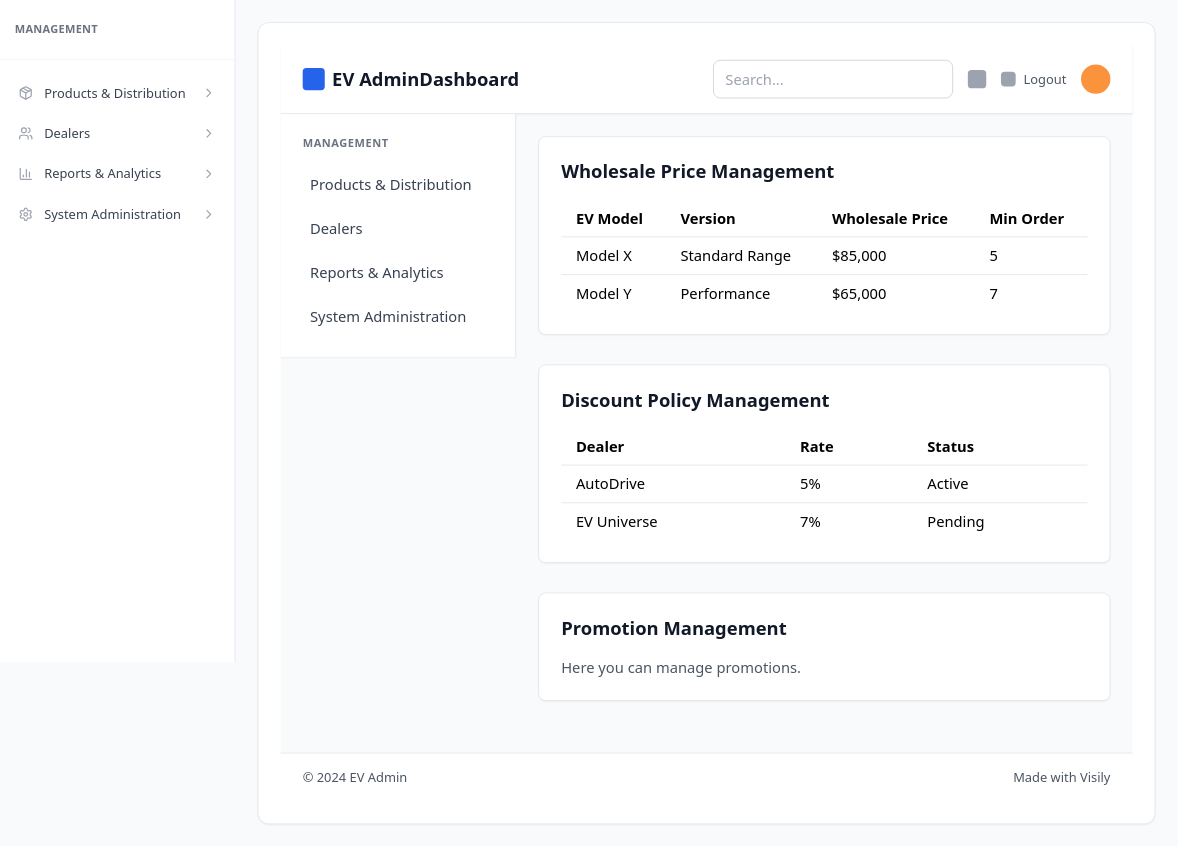
Repository: LeHuyVuu/ev-management-frontend
Page: /evm
An editor plug-in stored every save of this project. The page is shown before and after the next save, followed by the edit.
The browser window is 1280 px wide. The pictures show the whole page, at 92% of full size.
Pictures or frames that could not be fetched are drawn as grey boxes. Some web libraries are served in a nearby version. The project was rebuilt for these pictures with package versions that can differ from the ones it lists, and the page was loaded fresh each time. Also part of the build but not shown: vite.config.js, src/app/layouts/Header/DealerHeader.jsx, src/app/layouts/Footer/DealerFooter.jsx, src/app/layouts/Sidebar/DealerSidebar.jsx, src/app/layouts/DealerLayout.jsx, src/app/pages/Dealer/Manager Dealer/components/DashboardStats.jsx, src/app/pages/Dealer/Manager Dealer/components/MonthlyRevenueChart.jsx, src/app/pages/Dealer/Manager Dealer/components/EmployeeSalesTable.jsx and 18 more.

Above is the page before, as saved 2025-09-12 20:49:10.

### index.html
<!doctype html>
<html lang="en">
  <head>
    <meta charset="UTF-8" />
    <link rel="icon" type="image/svg+xml" href="/vite.svg" />
    <meta name="viewport" content="width=device-width, initial-scale=1.0" />
    <title>EVM Management</title>

  </head>
  <body>
    <div id="root"></div>
    <!-- <script
    chatbot_id="67f338a43d319e46ed036565"
    data-type="default"
    src="https://app.thinkstack.ai/bot/thinkstackai-loader.min.js"
></script> -->
<!-- <script
    chatbot_id="67f338a43d319e46ed036565"
    data-type="bar"
    src="https://app.thinkstack.ai/bot/thinkstackai-loader.min.js"
></script> -->
    <script type="module" src="/src/main.jsx"></script>
    <script src="https://kit.fontawesome.com/16c10ca00e.js" crossorigin="anonymous"></script>
  </body>
</html>

### src/main.jsx
import { createRoot } from "react-dom/client";
import "./index.css";
import MainRoutes from "./app/routes/MainRoutes.jsx";
import "primereact/resources/themes/lara-light-blue/theme.css"; // Chủ đề sáng
import "primereact/resources/primereact.min.css"; /* Core CSS */
import "primeicons/primeicons.css"; /* Bộ Icon */
import { GoogleOAuthProvider } from "@react-oauth/google"; // Đảm bảo import GoogleOAuthProvider từ thư viện đúng

createRoot(document.getElementById("root")).render(
    <GoogleOAuthProvider clientId="257452836877-l7ghjn62nmjeclg33uj2q39g8fqr96v0.apps.googleusercontent.com">
      <MainRoutes />
    </GoogleOAuthProvider>
);

### src/index.css
@tailwind base;
@tailwind components;
@tailwind utilities;



body {
    overflow-x: hidden;
  }

### src/app/routes/MainRoutes.jsx
import { BrowserRouter, Routes, Route } from "react-router-dom";

// Layouts
import DealerLayout from "../layouts/DealerLayout";
import EVMLayout from "../layouts/EVMLayout";

// Dealer pages
import ManagerDashboard from "../pages/Dealer/Manager Dealer/ManagerDashboard";
import ContractManagement from "../pages/Dealer/Staff Dealer/Contact/ContractManagement";
import CustomerCRM from "../pages/Dealer/Staff Dealer/Customer CRM/CustomerCRM";
import DeliveryTracking from "../pages/Dealer/Staff Dealer/Delivery Tracking/DeliveryTracking";
import DriverSchedule from "../pages/Dealer/Staff Dealer/Driver Schedule/DriverSchedule";
import QuoteManagement from "../pages/Dealer/Staff Dealer/Quote Management/QuoteManagement";
import VehicleAllocation from "../pages/Dealer/Staff Dealer/Vehicle Allocation/VehicleAllocation";
import VehicleManagement from "../pages/Dealer/Staff Dealer/Vehicle Management/VehicleManagement";

// EVM pages
import ProductDistribution from "../pages/EVM/ProductDistribution/ProductDistribution";

// 🚫 Tạm thời vô hiệu hóa Auth để test
// import Authentication from "../pages/Authentication/Authentication";

const MainRoutes = () => {
  return (
    <BrowserRouter>
      <Routes>
        {/* 🚫 Tạm thời tắt login redirect & trang login */}
        {/*
        <Route path="/" element={<Navigate to="/login" replace />} />
        <Route path="/login" element={<Authentication />} />
        */}

        {/* Dealer group */}
        <Route path="/dealer" element={<DealerLayout />}>
          <Route path="contact" element={<ContractManagement />} />
          <Route path="customer-crm" element={<CustomerCRM />} />
          <Route path="delivery-tracking" element={<DeliveryTracking />} />
          <Route path="driver-schedule" element={<DriverSchedule />} />
          <Route path="quote-management" element={<QuoteManagement />} />
          <Route path="vehicle-allocation" element={<VehicleAllocation />} />
          <Route path="vehicle-management" element={<VehicleManagement />} />
        </Route>

        {/* EVM group */}
        <Route path="/evm" element={<EVMLayout />}>
          {/* 👇 Khi vào /evm hoặc /evm/product-distribution đều hiển thị ProductDistribution */}
          <Route index element={<ProductDistribution />} />
          <Route path="product-distribution" element={<ProductDistribution />} />
        </Route>

        {/* 404 fallback */}
        <Route path="*" element={<div className="p-6">Not Found</div>} />
        <Route path="/dealer/manager" element={<ManagerDashboard />} />
      </Routes>
    </BrowserRouter>
  );
};

export default MainRoutes;

### src/app/layouts/EVMLayout.jsx
import { Outlet } from "react-router-dom";
import Sidebar from "./Sidebar/EVMSidebar"; // 👈 import Sidebar bạn đã viết

const EVMLayout = () => {
  return (
    <div className="min-h-screen flex bg-gray-50">
      {/* Sidebar bên trái */}
      <Sidebar />

      {/* Nội dung chính */}
      <main className="flex-1 p-6">
        <div className="bg-white rounded-xl shadow-sm border border-gray-200 p-6">
          <Outlet />
        </div>
      </main>
    </div>
  );
};

export default EVMLayout;

### src/app/pages/EVM/ProductDistribution/ProductDistribution.jsx
import React from "react";
import Header from "./components/Header";
import Sidebar from "./components/Sidebar";
import WholesalePriceManagement from "./components/WholesalePriceManagement";
import DiscountPolicyManagement from "./components/DiscountPolicyManagement";
import PromotionManagement from "./components/PromotionManagement";
import Footer from "./components/Footer";

function ProductDistribution() {
  return (
    <div className="min-h-screen bg-gray-50">
      <Header />
      <div className="flex">
        <Sidebar />
        <main className="flex-1 p-6 space-y-8">
          <WholesalePriceManagement />
          <DiscountPolicyManagement />
          <PromotionManagement />
        </main>
      </div>
      <Footer />
    </div>
  );
}

export default ProductDistribution;

### src/app/layouts/Sidebar/EVMSidebar.jsx
import React, { useState } from 'react';
import {
  ChevronDown,
  ChevronRight,
  Package,
  Users,
  BarChart3,
  Settings,
  FileText,
  Percent,
  Gift,
  UserCheck,
  FileBarChart,
  Target,
  TrendingUp,
  Package2,
  Brain,
  UserCog,
  Shield
} from 'lucide-react';

const menuItems = [
  {
    id: 'products',
    label: 'Products & Distribution',
    icon: <Package className="w-4 h-4" />,
    children: [
      { label: 'Wholesale Price', icon: <FileText className="w-4 h-4" /> },
      { label: 'Discount Policy', icon: <Percent className="w-4 h-4" /> },
      { label: 'Promotion', icon: <Gift className="w-4 h-4" /> }
    ]
  },
  {
    id: 'dealers',
    label: 'Dealers',
    icon: <Users className="w-4 h-4" />,
    children: [
      { label: 'Dealer Accounts', icon: <UserCheck className="w-4 h-4" /> },
      { label: 'Contracts & Debts', icon: <FileBarChart className="w-4 h-4" /> },
      { label: 'Sales Targets', icon: <Target className="w-4 h-4" /> }
    ]
  },
  {
    id: 'reports',
    label: 'Reports & Analytics',
    icon: <BarChart3 className="w-4 h-4" />,
    children: [
      { label: 'Sales Report', icon: <TrendingUp className="w-4 h-4" /> },
      { label: 'Inventory & Speed', icon: <Package2 className="w-4 h-4" /> },
      { label: 'AI Forecast', icon: <Brain className="w-4 h-4" /> }
    ]
  },
  {
    id: 'system',
    label: 'System Administration',
    icon: <Settings className="w-4 h-4" />,
    children: [
      { label: 'User Management', icon: <UserCog className="w-4 h-4" /> },
      { label: 'Role & Access', icon: <Shield className="w-4 h-4" /> }
    ]
  }
];

const Sidebar = () => {
  const [expandedItems, setExpandedItems] = useState(new Set());

  const toggleExpanded = (itemId) => {
    const newExpanded = new Set(expandedItems);
    if (newExpanded.has(itemId)) {
      newExpanded.delete(itemId);
    } else {
      newExpanded.add(itemId);
    }
    setExpandedItems(newExpanded);
  };

  return (
    <div className="w-64 h-screen bg-white border-r border-gray-200 flex flex-col">
      {/* Header */}
      <div className="px-4 py-6 border-b border-gray-100">
        <h2 className="text-xs font-semibold text-gray-500 tracking-wide uppercase">
          MANAGEMENT
        </h2>
      </div>

      {/* Menu Items */}
      <nav className="flex-1 px-2 py-4 space-y-1">
        {menuItems.map((item) => (
          <div key={item.id}>
            {/* Main Menu Item */}
            <button
              onClick={() => toggleExpanded(item.id)}
              className="w-full flex items-center justify-between px-3 py-2.5 text-left text-sm font-medium text-gray-700 hover:bg-gray-50 hover:text-gray-900 rounded-md transition-colors duration-150 ease-in-out group"
            >
              <div className="flex items-center space-x-3">
                <span className="text-gray-400 group-hover:text-gray-500">
                  {item.icon}
                </span>
                <span>{item.label}</span>
              </div>
              {item.children && (
                <span className="text-gray-400 group-hover:text-gray-500">
                  {expandedItems.has(item.id) ? (
                    <ChevronDown className="w-4 h-4" />
                  ) : (
                    <ChevronRight className="w-4 h-4" />
                  )}
                </span>
              )}
            </button>

            {/* Submenu Items */}
            {item.children && expandedItems.has(item.id) && (
              <div className="ml-4 mt-1 space-y-1">
                {item.children.map((child, index) => (
                  <button
                    key={index}
                    className="w-full flex items-center space-x-3 px-3 py-2 text-left text-sm text-gray-600 hover:bg-gray-50 hover:text-gray-900 rounded-md transition-colors duration-150 ease-in-out group"
                  >
                    <span className="text-gray-400 group-hover:text-gray-500">
                      {child.icon}
                    </span>
                    <span>{child.label}</span>
                  </button>
                ))}
              </div>
            )}
          </div>
        ))}
      </nav>
    </div>
  );
};

export default Sidebar;

### src/app/pages/EVM/ProductDistribution/components/Header.jsx
import React from "react";

const Header = () => {
  return (
    <header className="bg-white shadow-sm border-b border-gray-200 px-6 py-4">
      <div className="flex justify-between items-center">
        <div className="flex items-center space-x-2">
          <div className="w-6 h-6 bg-blue-600 rounded"></div>
          <h1 className="text-xl font-semibold text-gray-900">EV AdminDashboard</h1>
        </div>
        <div className="flex items-center space-x-4">
          <input
            type="text"
            placeholder="Search..."
            className="pl-3 pr-4 py-2 border border-gray-300 rounded-lg focus:ring-2 focus:ring-blue-500 focus:border-transparent"
          />
          <div className="w-5 h-5 bg-gray-400 rounded"></div>
          <div className="flex items-center space-x-2 cursor-pointer">
            <div className="w-4 h-4 bg-gray-400 rounded"></div>
            <span className="text-sm text-gray-600">Logout</span>
          </div>
          <div className="w-8 h-8 bg-orange-400 rounded-full"></div>
        </div>
      </div>
    </header>
  );
};

export default Header;

### src/app/pages/EVM/ProductDistribution/components/Sidebar.jsx
import React from "react";

const Sidebar = () => {
  return (
    <aside className="w-64 bg-white shadow-sm border-r border-gray-200 h-full">
      <div className="p-6">
        <h2 className="text-xs font-semibold text-gray-500 uppercase tracking-wider mb-4">
          MANAGEMENT
        </h2>
        <div className="space-y-2">
          <div className="p-2 text-gray-700 hover:bg-gray-100 rounded cursor-pointer">
            Products & Distribution
          </div>
          <div className="p-2 text-gray-700 hover:bg-gray-100 rounded cursor-pointer">
            Dealers
          </div>
          <div className="p-2 text-gray-700 hover:bg-gray-100 rounded cursor-pointer">
            Reports & Analytics
          </div>
          <div className="p-2 text-gray-700 hover:bg-gray-100 rounded cursor-pointer">
            System Administration
          </div>
        </div>
      </div>
    </aside>
  );
};

export default Sidebar;

### src/app/pages/EVM/ProductDistribution/components/WholesalePriceManagement.jsx
import React from "react";

const WholesalePriceManagement = () => {
  return (
    <div className="bg-white rounded-lg shadow-sm border border-gray-200 mb-8 p-6">
      <h2 className="text-xl font-semibold text-gray-900 mb-4">
        Wholesale Price Management
      </h2>
      <table className="min-w-full">
        <thead>
          <tr>
            <th className="px-4 py-2 text-left">EV Model</th>
            <th className="px-4 py-2 text-left">Version</th>
            <th className="px-4 py-2 text-left">Wholesale Price</th>
            <th className="px-4 py-2 text-left">Min Order</th>
          </tr>
        </thead>
        <tbody>
          <tr className="border-t">
            <td className="px-4 py-2">Model X</td>
            <td className="px-4 py-2">Standard Range</td>
            <td className="px-4 py-2">$85,000</td>
            <td className="px-4 py-2">5</td>
          </tr>
          <tr className="border-t">
            <td className="px-4 py-2">Model Y</td>
            <td className="px-4 py-2">Performance</td>
            <td className="px-4 py-2">$65,000</td>
            <td className="px-4 py-2">7</td>
          </tr>
        </tbody>
      </table>
    </div>
  );
};

export default WholesalePriceManagement;

### src/app/pages/EVM/ProductDistribution/components/DiscountPolicyManagement.jsx
import React from "react";

const DiscountPolicyManagement = () => {
  return (
    <div className="bg-white rounded-lg shadow-sm border border-gray-200 mb-8 p-6">
      <h2 className="text-xl font-semibold text-gray-900 mb-4">
        Discount Policy Management
      </h2>
      <table className="min-w-full">
        <thead>
          <tr>
            <th className="px-4 py-2 text-left">Dealer</th>
            <th className="px-4 py-2 text-left">Rate</th>
            <th className="px-4 py-2 text-left">Status</th>
          </tr>
        </thead>
        <tbody>
          <tr className="border-t">
            <td className="px-4 py-2">AutoDrive</td>
            <td className="px-4 py-2">5%</td>
            <td className="px-4 py-2">Active</td>
          </tr>
          <tr className="border-t">
            <td className="px-4 py-2">EV Universe</td>
            <td className="px-4 py-2">7%</td>
            <td className="px-4 py-2">Pending</td>
          </tr>
        </tbody>
      </table>
    </div>
  );
};

export default DiscountPolicyManagement;

### src/app/pages/EVM/ProductDistribution/components/PromotionManagement.jsx
import React from "react";

const PromotionManagement = () => {
  return (
    <div className="bg-white rounded-lg shadow-sm border border-gray-200 p-6">
      <h2 className="text-xl font-semibold text-gray-900 mb-4">
        Promotion Management
      </h2>
      <p className="text-gray-600">Here you can manage promotions.</p>
    </div>
  );
};

export default PromotionManagement;

### src/app/pages/EVM/ProductDistribution/components/Footer.jsx
import React from "react";

const Footer = () => {
  return (
    <footer className="bg-white border-t border-gray-200 py-4 px-6 mt-8 text-sm text-gray-600">
      <div className="flex justify-between">
        <span>© 2024 EV Admin</span>
        <span>Made with Visily</span>
      </div>
    </footer>
  );
};

export default Footer;

### tailwind.config.js
/** @type {import('tailwindcss').Config} */
export default {
  content: [
    "./index.html",
    "./src/**/*.{js,jsx}",
  ],
  theme: {
    extend: {
      fontSize: {
        10: "10px",
      },
    },
  },
  plugins: [],
};

### src/app/layouts/Header/EVMHeader.jsx
import React from 'react';
import { Search, Bell, LogOut } from 'lucide-react';

const Header = () => {
  return (
    <header className="bg-white border-b border-gray-200 px-6 py-4">
      <div className="flex items-center justify-between">
        {/* Logo */}
        <div className="flex items-center space-x-2">
          <div className="text-blue-600 text-2xl font-bold">✱</div>
          <span className="text-xl font-semibold text-gray-800">
            EVM<span className="text-blue-600">Admin</span>Dashboard
          </span>
        </div>

        {/* Right side actions */}
        <div className="flex items-center space-x-4">
          {/* Search */}
          <button className="p-2 text-gray-400 hover:text-gray-600 transition-colors">
            <Search className="w-5 h-5" />
          </button>

          {/* Notifications */}
          <button className="p-2 text-gray-400 hover:text-gray-600 transition-colors relative">
            <Bell className="w-5 h-5" />
            <span className="absolute -top-1 -right-1 w-3 h-3 bg-red-500 rounded-full"></span>
          </button>

          {/* Logout */}
          <button className="flex items-center space-x-2 px-3 py-2 text-gray-600 hover:text-gray-800 hover:bg-gray-50 rounded-md transition-colors">
            <LogOut className="w-4 h-4" />
            <span className="text-sm font-medium">Logout</span>
          </button>

          {/* User Avatar */}
          <div className="w-8 h-8 bg-orange-400 rounded-full flex items-center justify-center">
            <img
              src="https://images.pexels.com/photos/1239291/pexels-photo-1239291.jpeg?auto=compress&cs=tinysrgb&w=32&h=32&fit=crop&crop=face"
              alt="User Avatar"
              className="w-8 h-8 rounded-full object-cover"
            />
          </div>
        </div>
      </div>
    </header>
  );
};

export default Header;

### src/app/layouts/Footer/EVMFooter.jsx
import React from 'react';
import { Linkedin, Twitter, Youtube } from 'lucide-react';

const Footer = () => {
  return (
    <footer className="bg-white border-t border-gray-200 px-6 py-4">
      <div className="flex items-center justify-between">
        {/* Left side - Navigation links */}
        <div className="flex items-center space-x-8">
          <a
            href="#"
            className="text-sm text-gray-600 hover:text-gray-900 transition-colors"
          >
            Company
          </a>
          <a
            href="#"
            className="text-sm text-gray-600 hover:text-gray-900 transition-colors"
          >
            Resources
          </a>
          <a
            href="#"
            className="text-sm text-gray-600 hover:text-gray-900 transition-colors"
          >
            Legal
          </a>
        </div>

        {/* Right side - Social media icons */}
        <div className="flex items-center space-x-4">
          <a
            href="#"
            className="text-gray-400 hover:text-gray-600 transition-colors"
            aria-label="LinkedIn"
          >
            <Linkedin className="w-5 h-5" />
          </a>
          <a
            href="#"
            className="text-gray-400 hover:text-gray-600 transition-colors"
            aria-label="Twitter"
          >
            <Twitter className="w-5 h-5" />
          </a>
          <a
            href="#"
            className="text-gray-400 hover:text-gray-600 transition-colors"
            aria-label="YouTube"
          >
            <Youtube className="w-5 h-5" />
          </a>
        </div>
      </div>

      {/* Bottom text */}
      <div className="mt-4 pt-4 border-t border-gray-100">
        <div className="flex items-center text-xs text-gray-400">
          <span>Made with</span>
          <div className="mx-1 flex items-center">
            <div className="w-4 h-4 bg-blue-600 rounded flex items-center justify-center">
              <span className="text-white text-xs font-bold">V</span>
            </div>
          </div>
          <span>Visily</span>
        </div>
      </div>
    </footer>
  );
};

export default Footer;

After the next save:
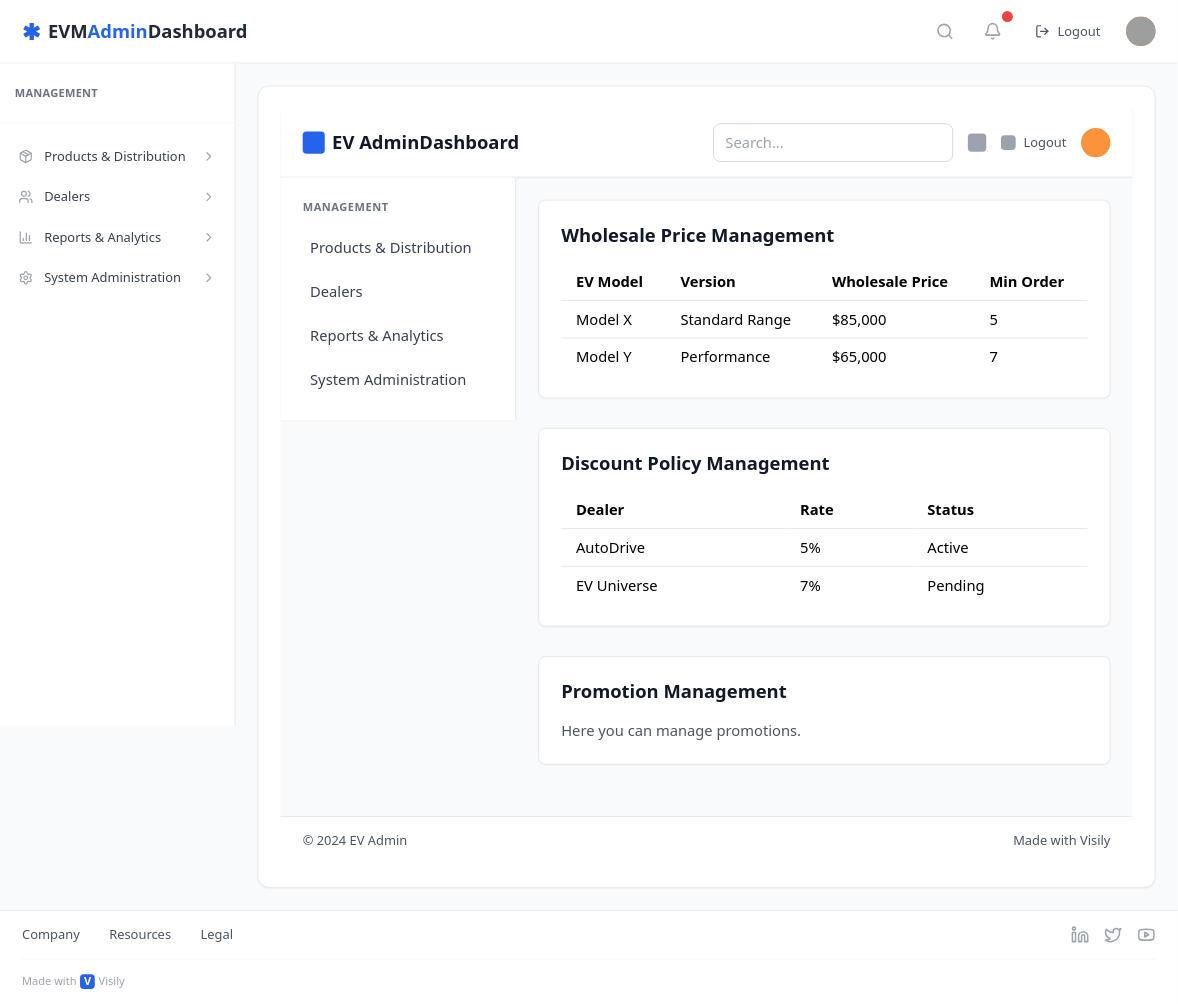
Saved 92 s later.
--- a/src/app/layouts/EVMLayout.jsx
+++ b/src/app/layouts/EVMLayout.jsx
@@ -1,18 +1,26 @@
 import { Outlet } from "react-router-dom";
-import Sidebar from "./Sidebar/EVMSidebar"; // 👈 import Sidebar bạn đã viết
+import Sidebar from "./Sidebar/EVMSidebar";
+import EVMHeader from "./Header/EVMHeader";
+import EVMFooter from "./Footer/EVMFooter";
 
 const EVMLayout = () => {
   return (
-    <div className="min-h-screen flex bg-gray-50">
-      {/* Sidebar bên trái */}
-      <Sidebar />
+    <div className="min-h-screen flex flex-col bg-gray-50">
+      {/* Header */}
+      <EVMHeader />
 
-      {/* Nội dung chính */}
-      <main className="flex-1 p-6">
-        <div className="bg-white rounded-xl shadow-sm border border-gray-200 p-6">
-          <Outlet />
-        </div>
-      </main>
+      {/* Nội dung chính chia 2 cột: Sidebar + Content */}
+      <div className="flex flex-1">
+        <Sidebar />
+        <main className="flex-1 p-6">
+          <div className="bg-white rounded-xl shadow-sm border border-gray-200 p-6">
+            <Outlet />
+          </div>
+        </main>
+      </div>
+
+      {/* Footer */}
+      <EVMFooter />
     </div>
   );
 };
